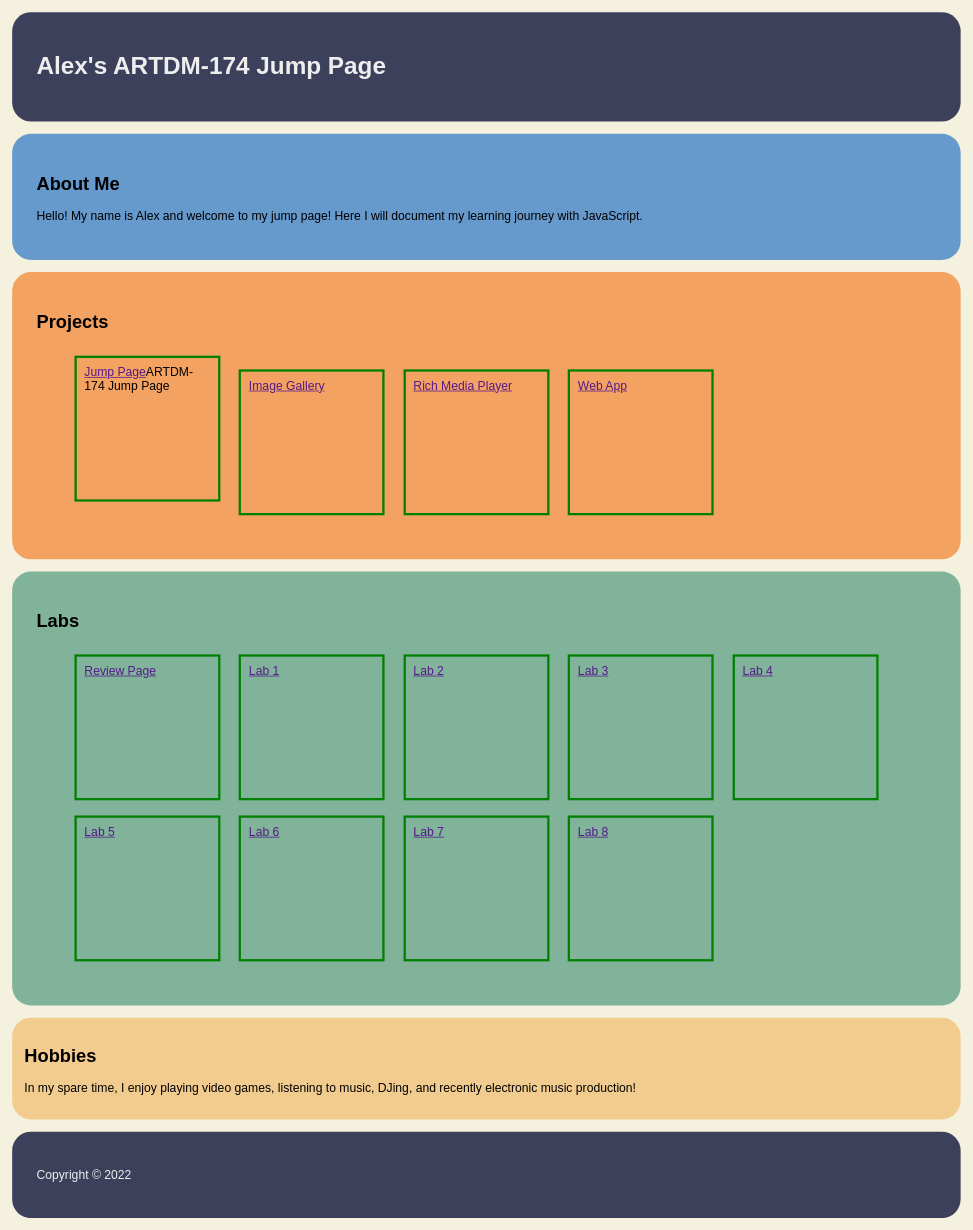
Repository: alexmaddux99/ARTDM-174
Page: CSS Animation/index.html
These files come from the project's save history. The page is drawn as it stood at one moment and after the next save; the edit follows.
The browser window is 1280 px wide. The pictures show the whole page, at 76% of full size.
Some web fonts or font styles are not loaded; a fallback is used.

Above is the page before, as saved 2022-02-10 13:24:50.

### CSS Animation/index.html
<!DOCTYPE html>
<html lang="en">
<head>
    <meta charset="UTF-8">
    <meta http-equiv="X-UA-Compatible" content="IE=edge">
    <meta name="viewport" content="width=device-width, initial-scale=1.0">
    <link rel="stylesheet" href="css/main.css">
    <link rel="preconnect" href="https://fonts.gstatic.com" crossorigin>
<link href="https://fonts.googleapis.com/css2?family=Roboto&display=swap" rel="stylesheet">
<link rel="preconnect" href="https://fonts.googleapis.com">
<link rel="preconnect" href="https://fonts.gstatic.com" crossorigin>
<link href="https://fonts.googleapis.com/css2?family=Zen+Old+Mincho:wght@900&display=swap" rel="stylesheet">
    <title>ARTDM-174 Jump Page</title>
</head>
<body>
    <header>
        <h1>Alex's ARTDM-174 Jump Page</h1>
    </header>

    <main>
        <section class="intro">
            <h2>About Me</h2>
            <p>Hello! My name is Alex and welcome to my jump page! Here I will document my learning journey with JavaScript.</p>
        </section>

        <section class="projects">
            <h2>Projects</h2>
            <ul>
                <li><a href="">Jump Page</a>ARTDM-174 Jump Page </li>
                <li><a href="">Image Gallery</a></li>
                <li><a href="">Rich Media Player</a></li>
                <li><a href="">Web App</a></li>
            </ul>
        </section>

        <section class="labs">
            <h2>Labs</h2>
           <ul>
               <li><a href="">Review Page</a></li>
               <li><a href="">Lab 1</a></li>
               <li><a href="">Lab 2</a></li>
               <li><a href="">Lab 3</a></li>
               <li><a href="">Lab 4</a></li>
               <li><a href="">Lab 5</a></li>
               <li><a href="">Lab 6</a></li>
               <li><a href="">Lab 7</a></li>
               <li><a href="">Lab 8</a></li>
           </ul>
        </section>



    </main>
    <aside>
        <h2>Hobbies</h2>
        <p>In my spare time, I enjoy playing video games, listening to music, DJing, and recently electronic music production!</p>
    </aside>

    <footer>
        <p>
            Copyright &copy; 2022
        </p>
    </footer>

</body>
</html>

### CSS Animation/css/main.css
@keyframes fadeInAnimation {
	0% {
		opacity: 0;
	}
	100% {
		opacity: 1;

	}

}

@keyframes test{
	0%{

	}

	100%
	{

	padding: .5rem 1rem;
	transition: all 1s ease;
	}
}

* {
    box-sizing: border-box;
  }

  body {
    animation: fadeInAnimation ease 1s;
    animation-iteration-count: 1;
    animation-fill-mode: forwards;
    margin:0;
    padding: 0;
    background-color: #f4f1de;
    font-family: 'Raleway', sans-serif;
  }

  header, footer {
    background: #3d405b;
    color: #eee;
    padding: 2rem;
    margin: 1rem;
    border-radius: 25px;
  }



  .intro {

      background:#6699CC;
    padding: 2rem;
    margin: 1rem;
    border-radius: 25px;
  }

  aside {
    background-color: #f2cc8f;
    padding: 1rem;
    margin: 1rem;
    border-radius: 25px;
  }

  .projects {
    background-color: #f4a261;
    padding: 2rem;
    margin: 1rem;
    border-radius: 25px;
  }

  .labs {
    background-color: #81b29a;
    padding: 2rem;
    margin: 1rem;
    border-radius: 25px;
  }

  .projects li, .labs li {
    border: 3px solid green;
    margin: 10px;
    padding: 10px;
    width: 12rem;
    height:12rem;
    display: inline-block;
  }

   ol {
    list-style: none;
     padding: 0;
  }

  li{
    transition:  .5s ease-in;
  }

  li:hover{
    transition:  .5s ease-out;
	background-color: red;
	padding: .5rem 1rem;
  }

After the next save:
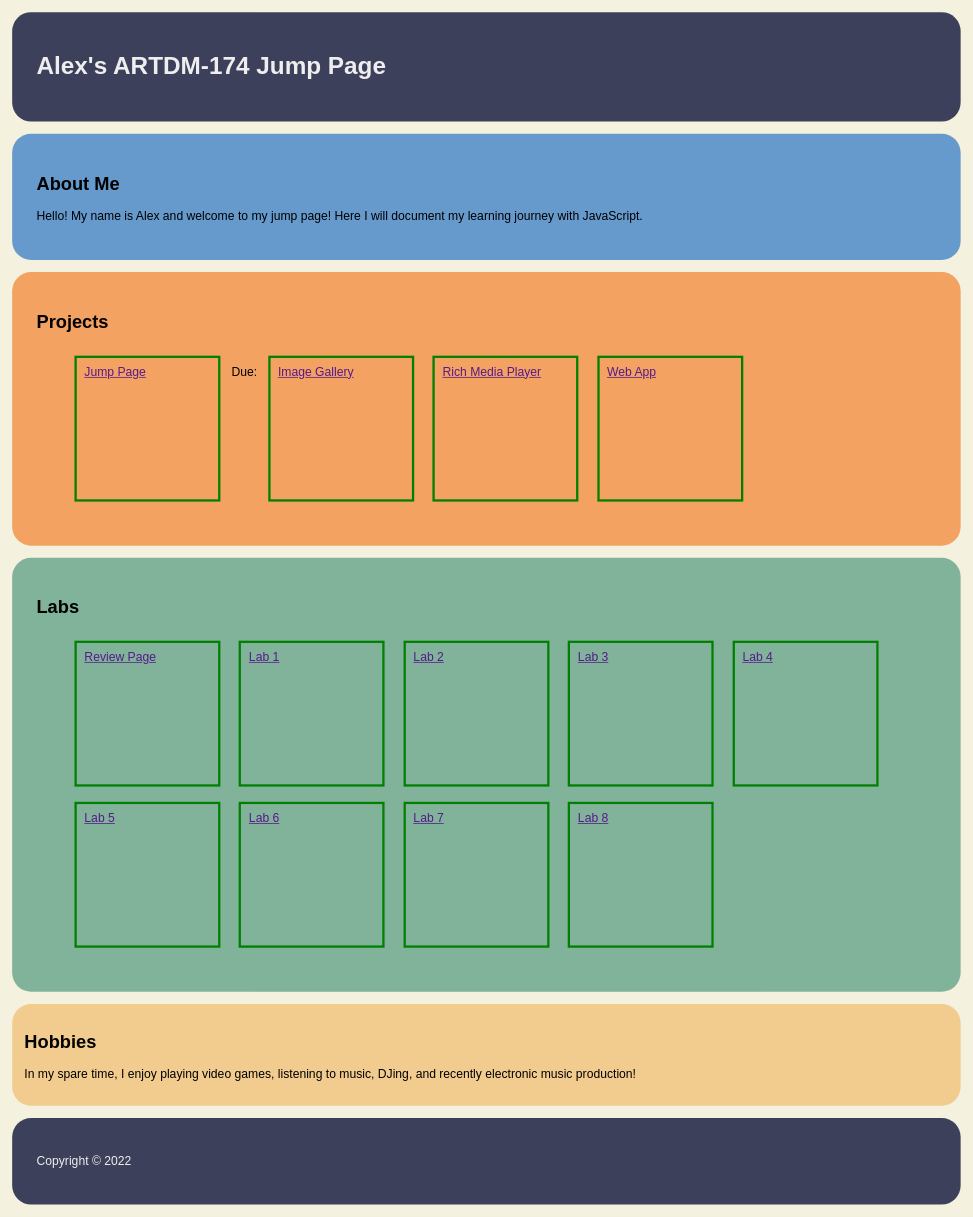
Saved 18 s later.
--- a/CSS Animation/index.html
+++ b/CSS Animation/index.html
@@ -26,7 +26,8 @@
         <section class="projects">
             <h2>Projects</h2>
             <ul>
-                <li><a href="">Jump Page</a>ARTDM-174 Jump Page </li>
+                <li><a href="">Jump Page</a></li>
+                Due:
                 <li><a href="">Image Gallery</a></li>
                 <li><a href="">Rich Media Player</a></li>
                 <li><a href="">Web App</a></li>
